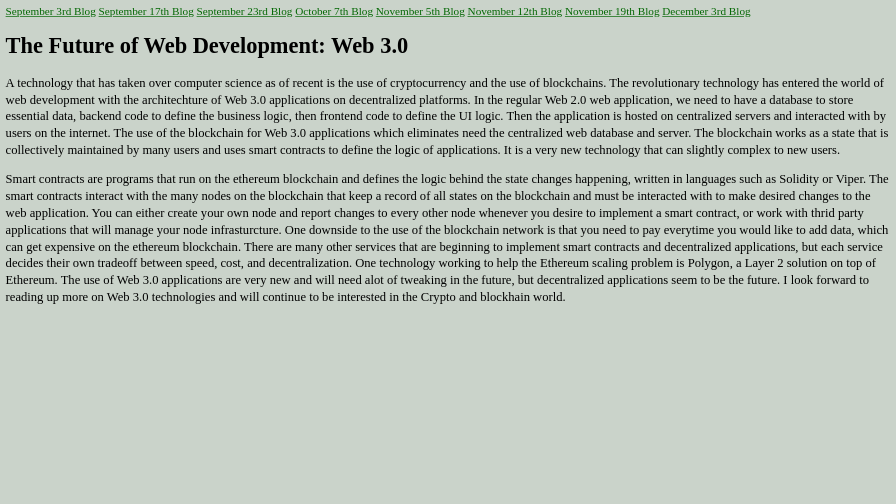
Repository: alharama/WebBlog
Page: Dec_3rd.html
These files come from the project's save history. The page is drawn as it stood at one moment and after the next save; the edit follows.
The browser window is 1280 px wide. The pictures show the part of the page from y = 0 to 1920 px (the page is 720 px tall before and 2674 px after), at 70% of full size.

Above is the page before, as saved 2021-12-02 22:51:17.

### Dec_3rd.html
<!DOCTYPE html>
<html>
  <head>
    <a href="index.html"> September 3rd Blog</a>
    <a href="second_blog.html"> September 17th Blog</a>
    <a href="Sept_23.html"> September 23rd Blog</a>
    <a href="Oct_7.html"> October 7th Blog</a>
    <a href="Nov_5.html"> November 5th Blog</a>
    <a href="Nov_12.html"> November 12th Blog</a>
    <a href="Nov_19.html"> November 19th Blog</a>
    <a href="Dec_3rd.html"> December 3rd Blog</a>

    <title>December 3rd Blog</title>

    <style>
      a {
        text-decoration: underline;
        color: rgb(5, 104, 5);
      }
      a:visited {
        text-decoration: none;
      }

      h2 {
        text-decoration: underline;
      }

      #writeup {
        text-indent: 30px;
      }

      body {
        background-color: rgba(190, 201, 190, 0.808);
      }

      body > .writeup {
        font-size: 18px;
        line-height: 24px;
      }
    </style>
  </head>

  <body>
    <h1>The Future of Web Development: Web 3.0</h1>

    <p class="writeup">
      A technology that has taken over computer science as of recent is the use
      of cryptocurrency and the use of blockchains. The revolutionary technology
      has entered the world of web development with the architechture of Web 3.0
      applications on decentralized platforms. In the regular Web 2.0 web
      application, we need to have a database to store essential data, backend
      code to define the business logic, then frontend code to define the UI
      logic. Then the application is hosted on centralized servers and
      interacted with by users on the internet. The use of the blockchain for
      Web 3.0 applications which eliminates need the centralized web database
      and server. The blockchain works as a state that is collectively
      maintained by many users and uses smart contracts to define the logic of
      applications. It is a very new technology that can slightly complex to new
      users.
    </p>

    <p class="writeup">
      Smart contracts are programs that run on the ethereum blockchain and
      defines the logic behind the state changes happening, written in languages
      such as Solidity or Viper. The smart contracts interact with the many
      nodes on the blockchain that keep a record of all states on the blockchain
      and must be interacted with to make desired changes to the web
      application. You can either create your own node and report changes to
      every other node whenever you desire to implement a smart contract, or
      work with thrid party applications that will manage your node
      infrasturcture. One downside to the use of the blockchain network is that
      you need to pay everytime you would like to add data, which can get
      expensive on the ethereum blockchain. There are many other services that
      are beginning to implement smart contracts and decentralized applications,
      but each service decides their own tradeoff between speed, cost, and
      decentralization. One technology working to help the Ethereum scaling
      problem is Polygon, a Layer 2 solution on top of Ethereum. The use of Web
      3.0 applications are very new and will need alot of tweaking in the
      future, but decentralized applications seem to be the future. I look
      forward to reading up more on Web 3.0 technologies and will continue to be
      interested in the Crypto and blockhain world.
    </p>
  </body>
</html>

After the next save:
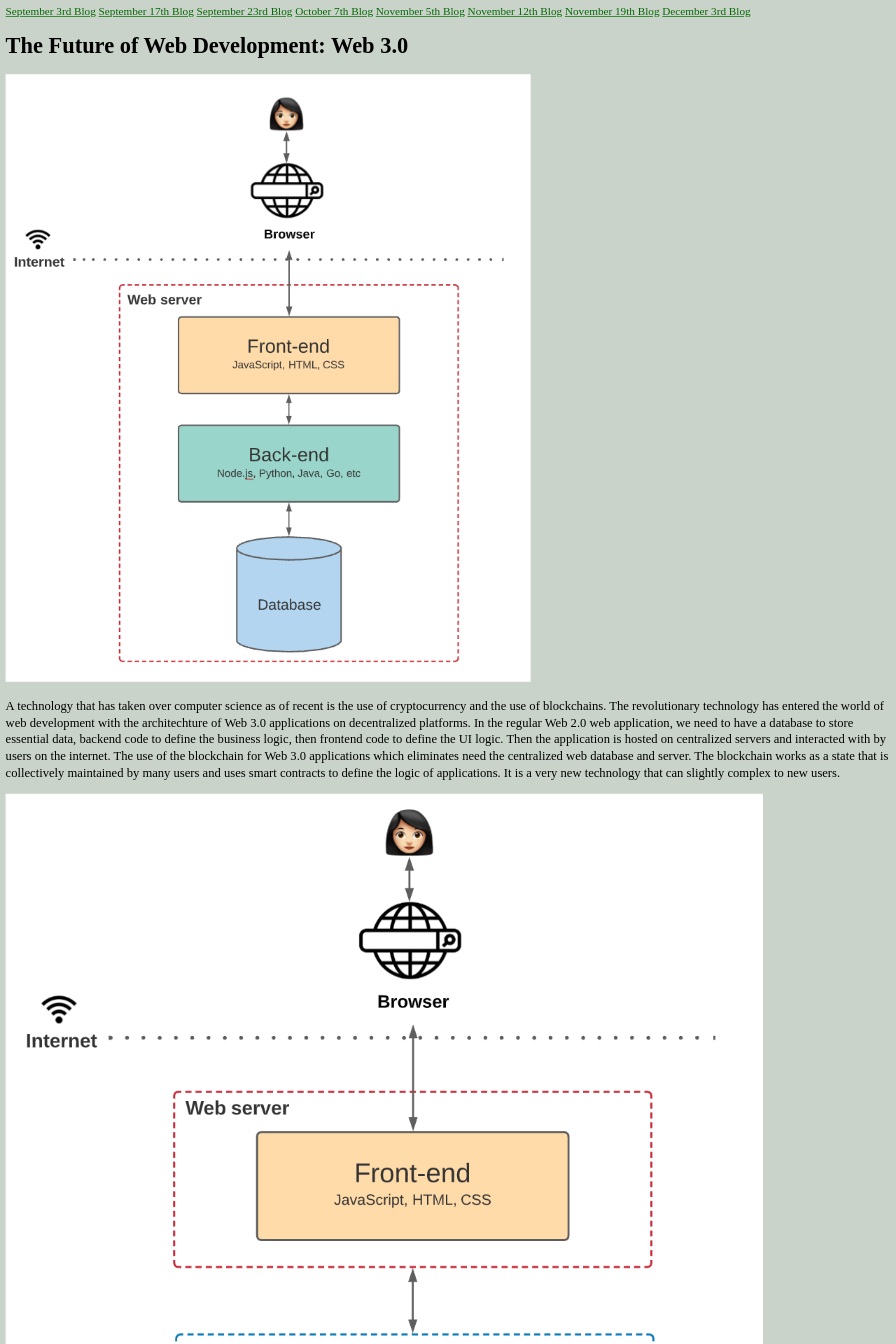
Saved 60 s later.
--- a/Dec_3rd.html
+++ b/Dec_3rd.html
@@ -43,6 +43,7 @@
   <body>
     <h1>The Future of Web Development: Web 3.0</h1>
 
+    <img src="web2.png" />
     <p class="writeup">
       A technology that has taken over computer science as of recent is the use
       of cryptocurrency and the use of blockchains. The revolutionary technology
@@ -59,6 +60,7 @@
       users.
     </p>
 
+    <img src="web3.png" />
     <p class="writeup">
       Smart contracts are programs that run on the ethereum blockchain and
       defines the logic behind the state changes happening, written in languages
